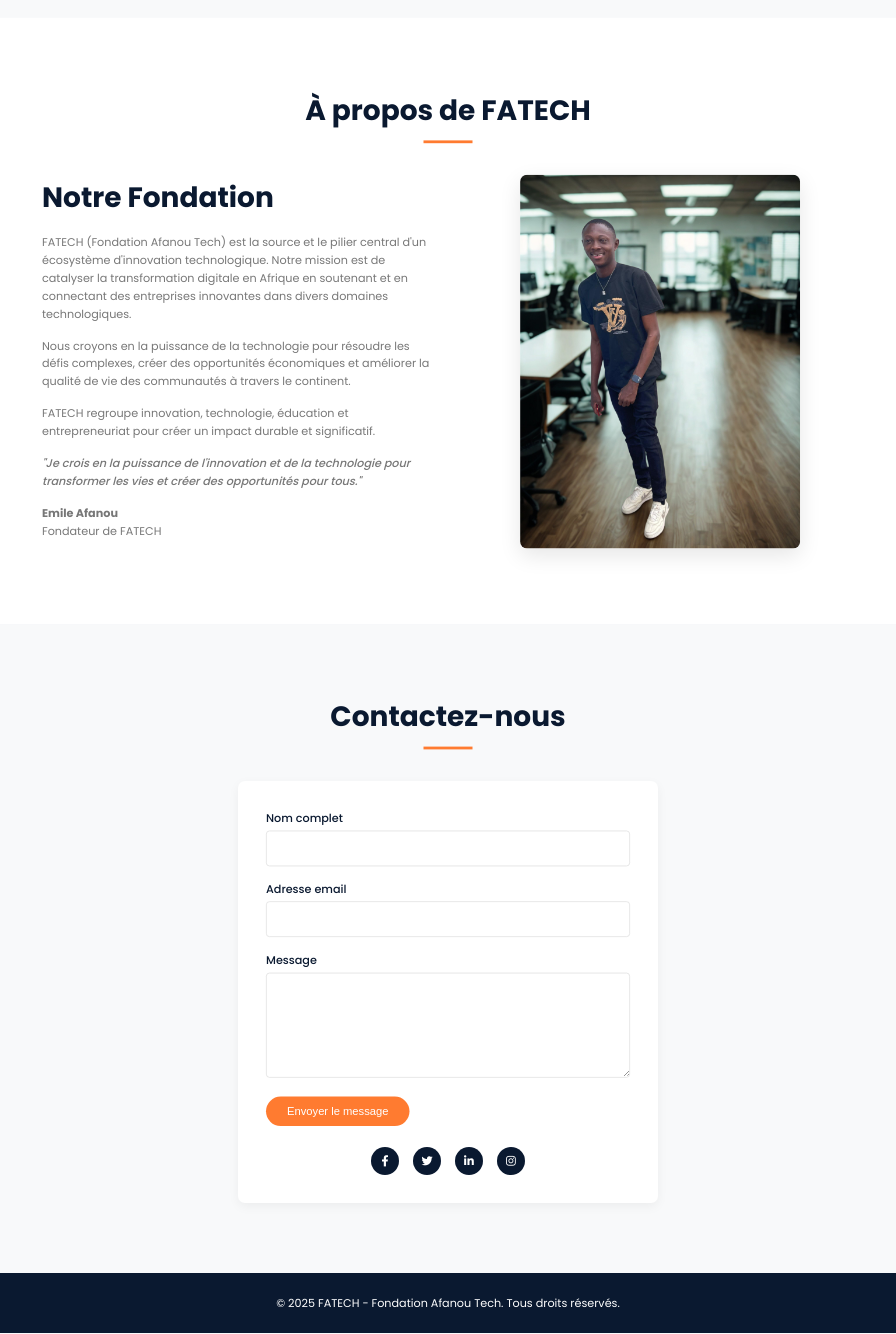
Repository: prestige225/fatech
Page: index.html
These files come from the project's save history. The page is drawn as it stood at one moment and after the next save; the edit follows.
The browser window is 1280 px wide. The pictures show the part of the page from y = 1891 to 3811 px (the page is 3796 px tall before and 4244 px after), at 70% of full size.
A picture or video elsewhere on the page could not be fetched, so the positions and the page height are approximate.

Above is the page before, as saved 2025-08-23 09:17:16.

### index.html


<!DOCTYPE html>
<html lang="fr">
<head>
    <meta charset="UTF-8">
    <meta name="viewport" content="width=device-width, initial-scale=1.0">
    <title>FATECH - Fondation Afanou Tech</title>
    <link rel="stylesheet" href="https://cdnjs.cloudflare.com/ajax/libs/font-awesome/6.4.0/css/all.min.css">
    <link href="https://fonts.googleapis.com/css2?family=Poppins:wght@300;400;500;600;700&display=swap" rel="stylesheet">
    <style>
        :root {
            --primary-blue: #0a1930;
            --secondary-blue: #162b4d;
            --accent-orange: #ff7b30;
            --light-bg: #f8f9fa;
            --white: #ffffff;
            --text-dark: #333;
            --text-light: #777;
        }

        * {
            margin: 0;
            padding: 0;
            box-sizing: border-box;
        }

        body {
            font-family: 'Poppins', sans-serif;
            line-height: 1.6;
            color: var(--text-dark);
            background-color: var(--light-bg);
        }

        a {
            text-decoration: none;
            color: inherit;
        }

        .container {
            width: 100%;
            max-width: 1200px;
            margin: 0 auto;
            padding: 0 20px;
        }

        /* Header */
        header {
            background: linear-gradient(rgba(10, 25, 48, 0.8), rgba(10, 25, 48, 0.8)), url('https://images.unsplash.com/photo-1518770660439-4636190af475?ixlib=rb-4.0.3') no-repeat center center/cover;
            color: var(--white);
            padding: 20px 0;
            position: fixed;
            width: 100%;
            top: 0;
            z-index: 1000;
            box-shadow: 0 2px 10px rgba(0, 0, 0, 0.1);
        }

        .header-container {
            display: flex;
            justify-content: space-between;
            align-items: center;
        }

        .logo {
            font-size: 1.8rem;
            font-weight: 700;
            display: flex;
            align-items: center;
        }

        .logo span {
            color: var(--accent-orange);
        }

        .nav-menu {
            display: flex;
            list-style: none;
        }

        .nav-menu li {
            margin-left: 30px;
        }

        .nav-menu a {
            font-weight: 500;
            transition: color 0.3s;
        }

        .nav-menu a:hover {
            color: var(--accent-orange);
        }

        .hamburger {
            display: none;
            cursor: pointer;
        }

        /* Hero Section */
        .hero {
            background: linear-gradient(rgba(10, 25, 48, 0.8), rgba(10, 25, 48, 0.8)), url('https://images.unsplash.com/photo-1517245386807-bb43f82c33c4?ixlib=rb-4.0.3') no-repeat center center/cover;
            height: 100vh;
            display: flex;
            align-items: center;
            color: var(--white);
            text-align: center;
            padding-top: 80px;
        }

        .hero-content {
            max-width: 800px;
            margin: 0 auto;
        }

        .hero h1 {
            font-size: 3.5rem;
            margin-bottom: 20px;
            animation: fadeInUp 1s ease;
        }

        .hero p {
            font-size: 1.2rem;
            margin-bottom: 30px;
            animation: fadeInUp 1.5s ease;
        }

        .btn {
            display: inline-block;
            background: var(--accent-orange);
            color: var(--white);
            padding: 12px 30px;
            border-radius: 30px;
            font-weight: 500;
            transition: all 0.3s;
            border: none;
            cursor: pointer;
            font-size: 1rem;
        }

        .btn:hover {
            background: #e56a20;
            transform: translateY(-3px);
            box-shadow: 0 10px 20px rgba(0, 0, 0, 0.1);
        }

        /* Section Titles */
        .section-title {
            text-align: center;
            margin-bottom: 60px;
            position: relative;
        }

        .section-title h2 {
            font-size: 2.5rem;
            color: var(--primary-blue);
            margin-bottom: 15px;
        }

        .section-title:after {
            content: '';
            position: absolute;
            bottom: -15px;
            left: 50%;
            transform: translateX(-50%);
            width: 70px;
            height: 4px;
            background: var(--accent-orange);
        }

        /* Companies Section */
        .companies {
            padding: 100px 0;
        }

        .companies-grid {
            display: grid;
            grid-template-columns: repeat(auto-fit, minmax(300px, 1fr));
            gap: 30px;
        }

        .company-card {
            background: var(--white);
            border-radius: 10px;
            overflow: hidden;
            box-shadow: 0 5px 15px rgba(0, 0, 0, 0.05);
            transition: transform 0.3s, box-shadow 0.3s;
            opacity: 0;
            transform: translateY(20px);
        }

        .company-card.visible {
            opacity: 1;
            transform: translateY(0);
        }

        .company-card:hover {
            transform: translateY(-10px);
            box-shadow: 0 15px 30px rgba(0, 0, 0, 0.1);
        }

        .company-logo {
            height: 150px;
            display: flex;
            align-items: center;
            justify-content: center;
            background: var(--light-bg);
            padding: 20px;
        }

        .company-logo img {
            max-width: 100%;
            max-height: 80px;
        }

        .company-info {
            padding: 25px;
        }

        .company-info h3 {
            font-size: 1.5rem;
            margin-bottom: 15px;
            color: var(--primary-blue);
        }

        .company-info p {
            color: var(--text-light);
            margin-bottom: 20px;
        }

        .company-btn {
            background: var(--primary-blue);
            color: var(--white);
            padding: 10px 20px;
            border-radius: 5px;
            transition: background 0.3s;
            display: inline-block;
        }

        .company-btn:hover {
            background: var(--secondary-blue);
        }

        /* About Section */
        .about {
            padding: 100px 0;
            background: var(--white);
        }

        .about-content {
            display: flex;
            align-items: center;
            gap: 50px;
        }

        .about-text {
            flex: 1;
        }

        .about-text h2 {
            font-size: 2.5rem;
            color: var(--primary-blue);
            margin-bottom: 20px;
        }

        .about-text p {
            margin-bottom: 20px;
            color: var(--text-light);
        }

        .signature {
            font-style: italic;
            color: var(--accent-orange);
            font-weight: 500;
            margin-top: 20px;
        }

        .about-image {
            flex: 1;
            text-align: center;
        }

        .about-image img {
            width: 100%;
            max-width: 400px;
            border-radius: 10px;
            box-shadow: 0 10px 30px rgba(0, 0, 0, 0.1);
        }

        /* Contact Section */
        .contact {
            padding: 100px 0;
            background: var(--light-bg);
        }

        .contact-form {
            max-width: 600px;
            margin: 0 auto;
            background: var(--white);
            padding: 40px;
            border-radius: 10px;
            box-shadow: 0 5px 15px rgba(0, 0, 0, 0.05);
        }

        .form-group {
            margin-bottom: 20px;
        }

        .form-group label {
            display: block;
            margin-bottom: 5px;
            color: var(--primary-blue);
            font-weight: 500;
        }

        .form-group input,
        .form-group textarea {
            width: 100%;
            padding: 12px 15px;
            border: 1px solid #ddd;
            border-radius: 5px;
            font-family: 'Poppins', sans-serif;
            font-size: 1rem;
        }

        .form-group textarea {
            min-height: 150px;
            resize: vertical;
        }

        .social-icons {
            display: flex;
            justify-content: center;
            margin-top: 30px;
            gap: 20px;
        }

        .social-icons a {
            display: flex;
            align-items: center;
            justify-content: center;
            width: 40px;
            height: 40px;
            background: var(--primary-blue);
            color: var(--white);
            border-radius: 50%;
            transition: all 0.3s;
        }

        .social-icons a:hover {
            background: var(--accent-orange);
            transform: translateY(-5px);
        }

        /* Footer */
        footer {
            background: var(--primary-blue);
            color: var(--white);
            padding: 30px 0;
            text-align: center;
        }

        /* Animations */
        @keyframes fadeInUp {
            from {
                opacity: 0;
                transform: translateY(20px);
            }
            to {
                opacity: 1;
                transform: translateY(0);
            }
        }

        /* Responsive Design */
        @media (max-width: 992px) {
            .about-content {
                flex-direction: column-reverse;
            }

            .about-image {
                margin-bottom: 30px;
            }

            .hero h1 {
                font-size: 2.8rem;
            }
        }

        @media (max-width: 768px) {
            .hamburger {
                display: block;
                font-size: 1.5rem;
            }

            .nav-menu {
                position: fixed;
                top: 80px;
                left: -100%;
                flex-direction: column;
                background: var(--primary-blue);
                width: 100%;
                height: calc(100vh - 80px);
                padding: 50px 0;
                transition: left 0.3s;
                z-index: 999;
            }

            .nav-menu.active {
                left: 0;
            }

            .nav-menu li {
                margin: 20px 0;
                text-align: center;
            }

            .hero h1 {
                font-size: 2.2rem;
            }

            .hero p {
                font-size: 1rem;
            }

            .section-title h2 {
                font-size: 2rem;
            }
        }

        @media (max-width: 576px) {
            .hero h1 {
                font-size: 1.8rem;
            }

            .btn {
                padding: 10px 20px;
            }

            .contact-form {
                padding: 20px;
            }
        }
    </style>
</head>
<body>
    <!-- Header -->
    <header>
        <div class="container header-container">
            <a href="#" class="logo">FA<span>TECH</span></a>
            <div class="hamburger">
                <i class="fas fa-bars"></i>
            </div>
            <ul class="nav-menu">
                <li><a href="#">Accueil</a></li>
                <li><a href="#about">À propos</a></li>
                <li><a href="#companies">Entreprises</a></li>
                <li><a href="#contact">Contact</a></li>
            </ul>
        </div>
    </header>

    <!-- Hero Section -->
    <section class="hero">
        <div class="container hero-content">
            <h1>FATECH – La source d'innovation et d'opportunités</h1>
            <p>Une fondation qui inspire et connecte toutes ses entreprises</p>
            <a href="#companies" class="btn">Découvrir nos entreprises</a>
        </div>
    </section>

    <!-- Companies Section -->
    <section id="companies" class="companies">
        <div class="container">
            <div class="section-title">
                <h2>Nos entreprises</h2>
            </div>
            <div class="companies-grid">
                <!-- Prestige Shop Express -->
                <div class="company-card">
                    <div class="company-logo">
                        <img src="images/montrant-panier-chariot-shopping-en-ligne-signe-graphique.jpg" alt="Prestige Shop Express">
                    </div>
                    <div class="company-info">
                        <h3>Prestige Shop Express</h3>
                        <p>Plateforme e-commerce moderne offrant une expérience d'achat en ligne exceptionnelle avec des produits de qualité et une livraison rapide.</p>
                        <a href="https://prestige-shop-express.onrender.com" target="_blank" class="company-btn">Visiter</a>
                    </div>
                </div>

                <!-- Afritech -->
                <div class="company-card">
                    <div class="company-logo">
                        <img src="images/concept-de-controle-qualite-standard-m.jpg" alt="Afritech">
                    </div>
                    <div class="company-info">
                        <h3>Afritech</h3>
                        <p>Solutions digitales et technologiques innovantes pour transformer les défis africains en opportunités grâce à la technologie.</p>
                        <a href="https://afritech.onrender.com" target="_blank" class="company-btn">Visiter</a>
                    </div>
                </div>

                <!-- Future Company 1 -->
                <div class="company-card">
                    <div class="company-logo">
                        <img src="images/chercheuse-biochimiste-africaine-verifiant-les-manifestations-du-vaccin-travaillant-dans-un-laboratoire-moderne-equipe-medecins-multiethniques-examinant-l-evolution-du-virus-a-l-aide-d-un-diagnostic-de-rech.jpg" alt="Entreprise Future">
                    </div>
                    <div class="company-info">
                        <h3>Innovation Lab</h3>
                        <p>Centre de recherche et développement dédié à l'exploration des technologies émergentes et à la création de solutions innovantes.</p>
                        <a href="#" class="company-btn">Bientôt disponible</a>
                    </div>
                </div>

                <!-- Future Company 2 -->
                <div class="company-card">
                    <div class="company-logo">
                        <img src="images/portrait-d-un-professeur-au-travail-dans-le-systeme-educatif.jpg" alt="Entreprise Future">
                    </div>
                    <div class="company-info">
                        <h3>Tech Academy</h3>
                        <p>Programme de formation d'excellence visant à développer les talents technologiques de demain à travers l'Afrique.</p>
                        <a href="#" class="company-btn">Bientôt disponible</a>
                    </div>
                </div>

                <!-- Future Company 3 -->
                <div class="company-card">
                    <div class="company-logo">
                        <img src="images/plant-growing-from-soil.jpg" alt="Entreprise Future">
                    </div>
                    <div class="company-info">
                        <h3>GreenTech Solutions</h3>
                        <p>Entreprise dédiée au développement de technologies durables et respectueuses de l'environnement pour un avenir meilleur.</p>
                        <a href="#" class="company-btn">Bientôt disponible</a>
                    </div>
                </div>

                <!-- Future Company 4 -->
                <div class="company-card">
                    <div class="company-logo">
                        <img src="images/medium-shot-student-with-smartphone.jpg" alt="Entreprise Future">
                    </div>
                    <div class="company-info">
                        <h3>AfriConnect</h3>
                        <p>Plateforme de connectivité visant à réduire la fracture numérique en Afrique grâce à des solutions internet innovantes et accessibles.</p>
                        <a href="#" class="company-btn">Bientôt disponible</a>
                    </div>
                </div>
            </div>
        </div>
    </section>

    <!-- About Section -->
    <section id="about" class="about">
        <div class="container">
            <div class="section-title">
                <h2>À propos de FATECH</h2>
            </div>
            <div class="about-content">
                <div class="about-text">
                    <h2>Notre Fondation</h2>
                    <p>FATECH (Fondation Afanou Tech) est la source et le pilier central d'un écosystème d'innovation technologique. Notre mission est de catalyser la transformation digitale en Afrique en soutenant et en connectant des entreprises innovantes dans divers domaines technologiques.</p>
                    <p>Nous croyons en la puissance de la technologie pour résoudre les défis complexes, créer des opportunités économiques et améliorer la qualité de vie des communautés à travers le continent.</p>
                    <p>FATECH regroupe innovation, technologie, éducation et entrepreneuriat pour créer un impact durable et significatif.</p>
                    <p class="signature">"Je crois en la puissance de l'innovation et de la technologie pour transformer les vies et créer des opportunités pour tous."</p>
                    <p><strong>Emile Afanou</strong><br>Fondateur de FATECH</p>
                </div>
                <div class="about-image">
                    <img src="images/PDG de fatech.jpg" alt="Emile Afanou - Fondateur de FATECH">
                </div>
            </div>
        </div>
    </section>

    <!-- Contact Section -->
    <section id="contact" class="contact">
        <div class="container">
            <div class="section-title">
                <h2>Contactez-nous</h2>
            </div>
            <div class="contact-form">
                <form id="contactForm">
                    <div class="form-group">
                        <label for="name">Nom complet</label>
                        <input type="text" id="name" name="name" required>
                    </div>
                    <div class="form-group">
                        <label for="email">Adresse email</label>
                        <input type="email" id="email" name="email" required>
                    </div>
                    <div class="form-group">
                        <label for="message">Message</label>
                        <textarea id="message" name="message" required></textarea>
                    </div>
                    <button type="submit" class="btn">Envoyer le message</button>
                </form>
                <div class="social-icons">
                    <a href="#"><i class="fab fa-facebook-f"></i></a>
                    <a href="#"><i class="fab fa-twitter"></i></a>
                    <a href="#"><i class="fab fa-linkedin-in"></i></a>
                    <a href="#"><i class="fab fa-instagram"></i></a>
                </div>
            </div>
        </div>
    </section>

    <!-- Footer -->
    <footer>
        <div class="container">
            <p>&copy; 2025 FATECH - Fondation Afanou Tech. Tous droits réservés.</p>
        </div>
    </footer>

    <script>
        // Mobile Menu Toggle
        const hamburger = document.querySelector('.hamburger');
        const navMenu = document.querySelector('.nav-menu');

        hamburger.addEventListener('click', () => {
            navMenu.classList.toggle('active');
            hamburger.innerHTML = navMenu.classList.contains('active') ?
                '<i class="fas fa-times"></i>' : '<i class="fas fa-bars"></i>';
        });

        // Close mobile menu when clicking on a link
        document.querySelectorAll('.nav-menu a').forEach(link => {
            link.addEventListener('click', () => {
                navMenu.classList.remove('active');
                hamburger.innerHTML = '<i class="fas fa-bars"></i>';
            });
        });

        // Scroll animations for company cards
        const companyCards = document.querySelectorAll('.company-card');

        function checkScroll() {
            companyCards.forEach(card => {
                const cardPosition = card.getBoundingClientRect().top;
                const screenPosition = window.innerHeight / 1.3;

                if (cardPosition < screenPosition) {
                    card.classList.add('visible');
                }
            });
        }

        // Initial check and then on scroll
        checkScroll();
        window.addEventListener('scroll', checkScroll);

        // Form submission
        document.getElementById('contactForm').addEventListener('submit', function(e) {
            e.preventDefault();
            alert('Merci pour votre message! Nous vous répondrons très soon.');
            this.reset();
        });
    </script>
</body>
</html>

After the next save:
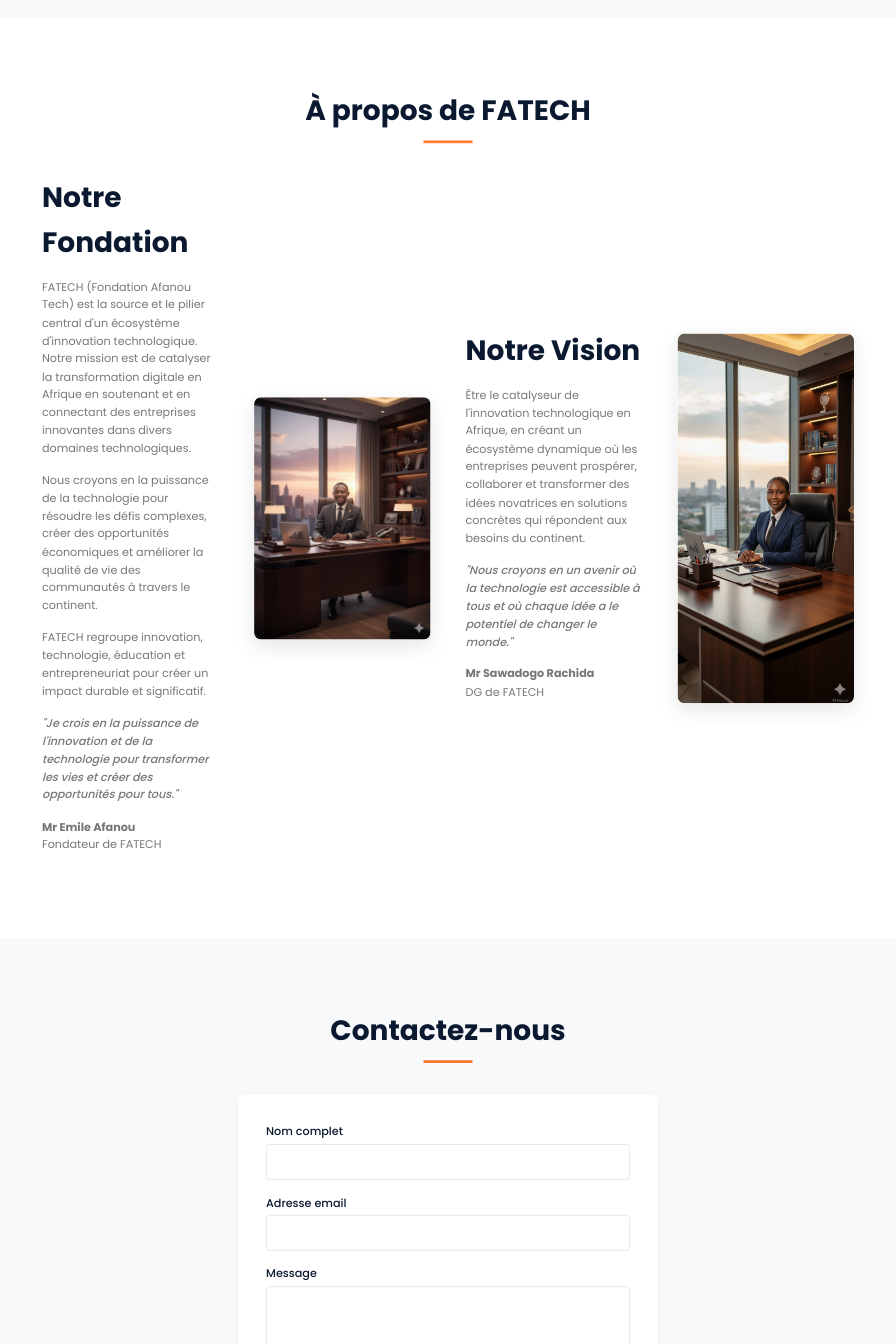
Saved 29 days later.
--- a/index.html
+++ b/index.html
@@ -563,10 +563,20 @@
                     <p>Nous croyons en la puissance de la technologie pour résoudre les défis complexes, créer des opportunités économiques et améliorer la qualité de vie des communautés à travers le continent.</p>
                     <p>FATECH regroupe innovation, technologie, éducation et entrepreneuriat pour créer un impact durable et significatif.</p>
                     <p class="signature">"Je crois en la puissance de l'innovation et de la technologie pour transformer les vies et créer des opportunités pour tous."</p>
-                    <p><strong>Emile Afanou</strong><br>Fondateur de FATECH</p>
+                    <p><strong>Mr Emile Afanou</strong><br>Fondateur de FATECH</p>
                 </div>
                 <div class="about-image">
-                    <img src="images/PDG de fatech.jpg" alt="Emile Afanou - Fondateur de FATECH">
+                    <img src="images/pdgfatech.png" alt="Emile Afanou - Fondateur de FATECH">
+                </div>
+
+                <div class="about-text">
+                    <h2>Notre Vision</h2>
+                    <p>Être le catalyseur de l'innovation technologique en Afrique, en créant un écosystème dynamique où les entreprises peuvent prospérer, collaborer et transformer des idées novatrices en solutions concrètes qui répondent aux besoins du continent.</p>
+                    <p class="signature">"Nous croyons en un avenir où la technologie est accessible à tous et où chaque idée a le potentiel de changer le monde."</p>
+                    <p><strong>Mr Sawadogo Rachida</strong><br>DG de FATECH</p>
+                </div>
+                <div class="about-image">
+                    <img src="images/dg.png" alt="Mr Sawadogo Rachida - DG de FATECH">
                 </div>
             </div>
         </div>
